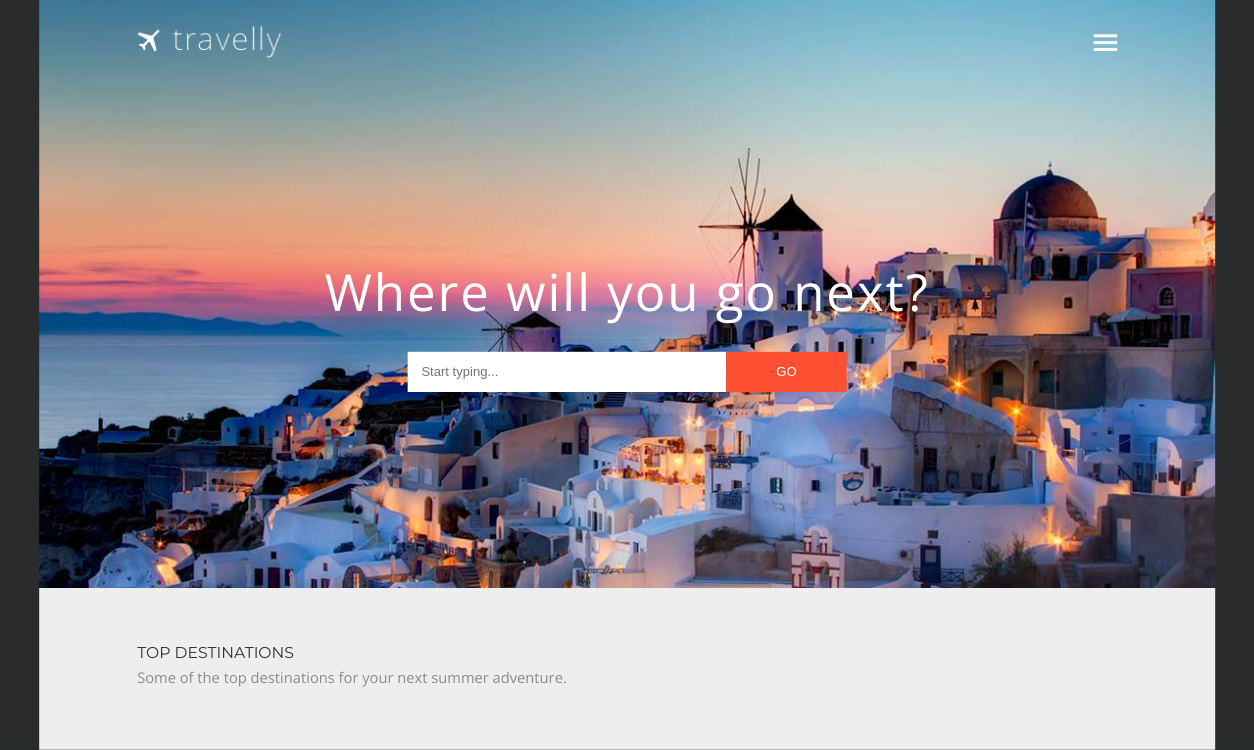
Repository: YusifHasanov/Web-Page-Template
Page: index.html
An editor plug-in stored every save of this project. The page is shown before and after a run of saves, followed by the edit.
The browser window is 1280 px wide. The pictures show the whole page, at 98% of full size.

Above is the page before, as saved 2021-12-05 21:18:37.

### index.html
<!DOCTYPE html>
<html lang="en">
<head>
  <!-- !required meta tags -->
  <meta charset="UTF-8">
  <meta http-equiv="X-UA-Compatible" content="IE=edge">
  <meta name="viewport" content="width=device-width, initial-scale=1.0">
  <title>Document</title>
  <!-- !style css -->
  <link rel="stylesheet" href="./css/style.css" />
</head>
<body>

  <div class="container">
      <div class="header useless">
        <div class="navBar d-flex justify-between align-end">
          <img src="./img/logo.png" alt="traveller company logo" />
          <img src="./img/menubar.png" class="hamburger" alt="hamburger menu logo" />
        </div>
        <h1>Where will you go next?</h1>
        <form class="d-flex justify-center">
          <input type="text" id="search" name="search" [aria-label="search"] placeholder="Start typing..." />
          <button type="submit" role="button">GO</button>
        </form>
      </div>
      <div class="top-destinations useless">
            <h2>Top destinations</h2>
            <p>Some of the top destinations for your next summer adventure.</p>

            <div class="flex-container d-flex justify-between">
              <div class="flex-item"></div>
              <div class="flex-item"></div>
              <div class="flex-item"></div>
              <div class="flex-item"></div>
            </div>
      </div>
  </div>

</body>
</html>

### css/style.css
@import url('https://fonts.googleapis.com/css2?family=Montserrat&family=Open+Sans:wght@300;400&display=swap');

* {
  margin: 0;
  padding: 0;
  outline: 0;
  border: 0;
  box-sizing: border-box;
}

body {
  min-height: 100vh;
  background-color: #292b2c;
}

.d-flex {
  display: flex;
}

.justify-center {
  justify-content: center;
}

.justify-between {
  justify-content: space-between;
}

.align-end {
  align-items: flex-end;
}

.useless {
  padding-left: 8.33%;
  padding-right: 8.33%;
}

.container {
  max-width: 1200px;
  margin-left: auto;
  margin-right: auto;
}

.header {
  height: 600px;
  background-image: url(./../img//backgr.jpg);
}

.navBar {
  padding-top: 26px;
}

.hamburger {
  margin-bottom: 6px;
}

.header > h1 {
  font-size: 52px;
  letter-spacing: 2px;
  color: #ffffff;
  font-weight: 300;
  font-family: 'Open Sans', sans-serif;
  text-align: center;
  line-height: 45px;
  margin-top: 215px;
}

.header > h1 + form {
  margin-top: 40px;
  height: 41px;
}

button[type='submit'] {
  width: 123px;
  background-color: #fd4f32;
  color: white;
}

.header input[type='text'] {
  width: 325px;
  padding-left: 14px;
}

.top-destinations {
  padding-top: 59px;
  padding-bottom: 69px;
  background-color: #eee;
}

.top-destinations > h2 {
  font-size: 16px;
  letter-spacing: 0px;
  color: #323232;
  font-weight: 400;
  font-family: 'Montserrat', sans-serif;
  text-transform: uppercase;
  line-height: 13px;
}

.top-destinations > p {
  font-size: 15px;
  letter-spacing: 0px;
  color: #8b8b8b;
  font-weight: 400;
  font-family: 'Open Sans', sans-serif;
  line-height: 10px;
  margin-top: 14px;
}

.flex-item {
  max-width: 240px;
}

After the next 2 saves:
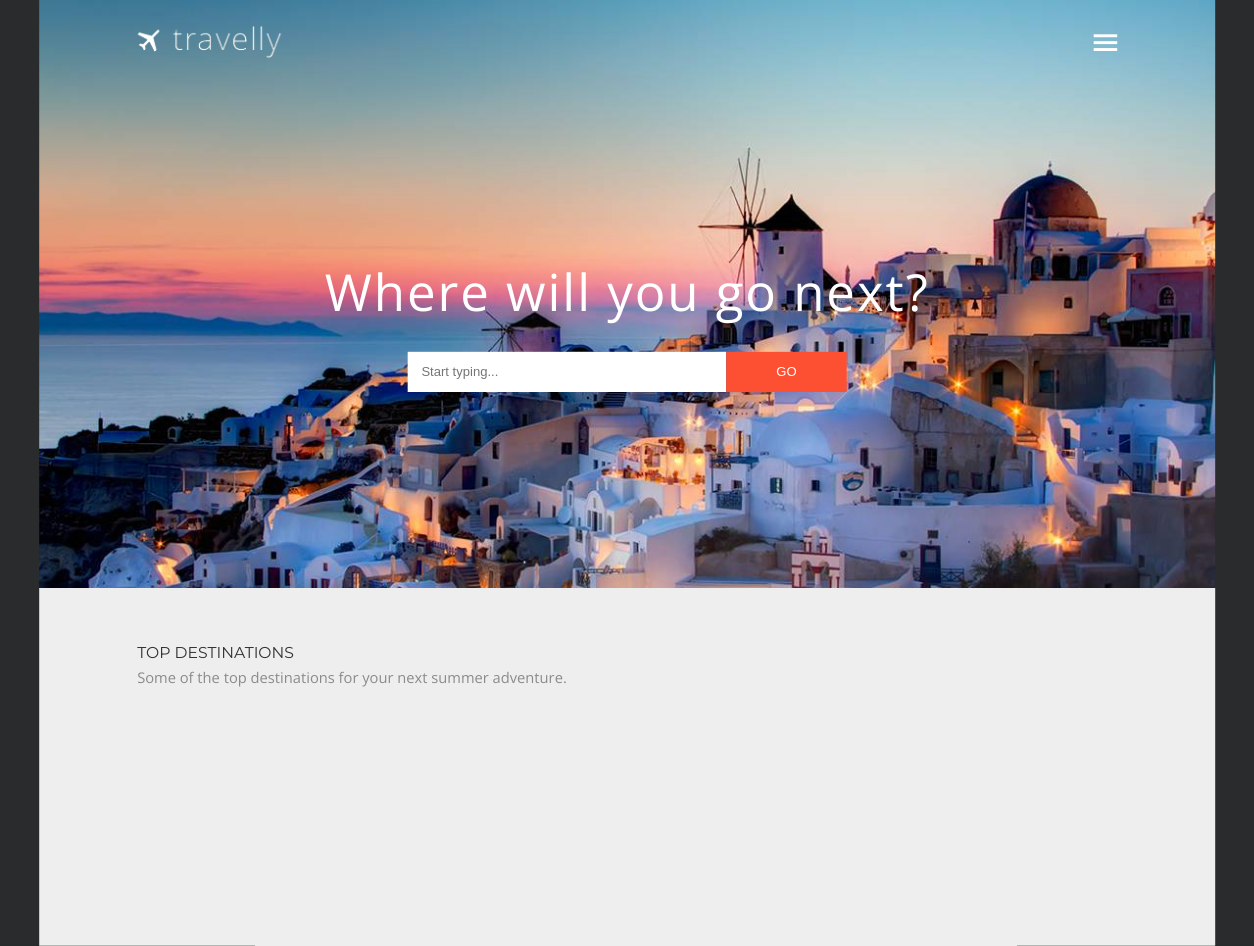
The 2 saves are shown as one change because they came seconds apart.
The last was saved 7 s later.
--- a/css/style.css
+++ b/css/style.css
@@ -108,4 +108,6 @@ button[type='submit'] {
 
 .flex-item {
   max-width: 240px;
+  height: 200px;
+  bacl
 }
